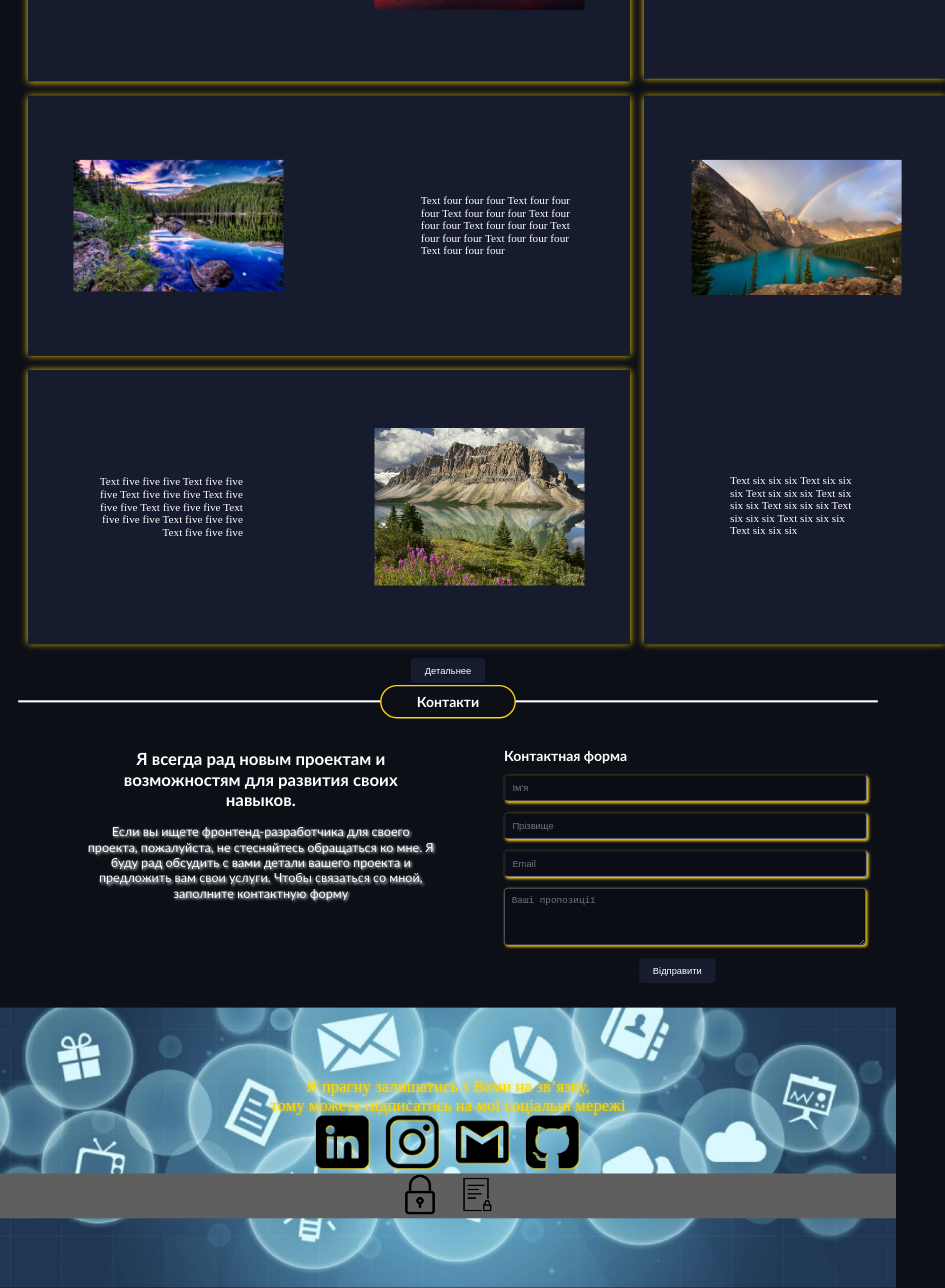
Repository: qtqqrdy13/cv-2
Page: index.html
These files come from the project's save history. The page is drawn as it stood at one moment and after the next save; the edit follows.
The browser window is 1280 px wide. The page is 1350 px wide, so the pictures cover 1350 px, including what lies to the right of the window. The pictures show the part of the page from y = 3628 to 5468 px (the page is 5468 px tall), at 70% of full size.

Above is the page before, as saved 2023-10-16 15:39:21.

After the next save:
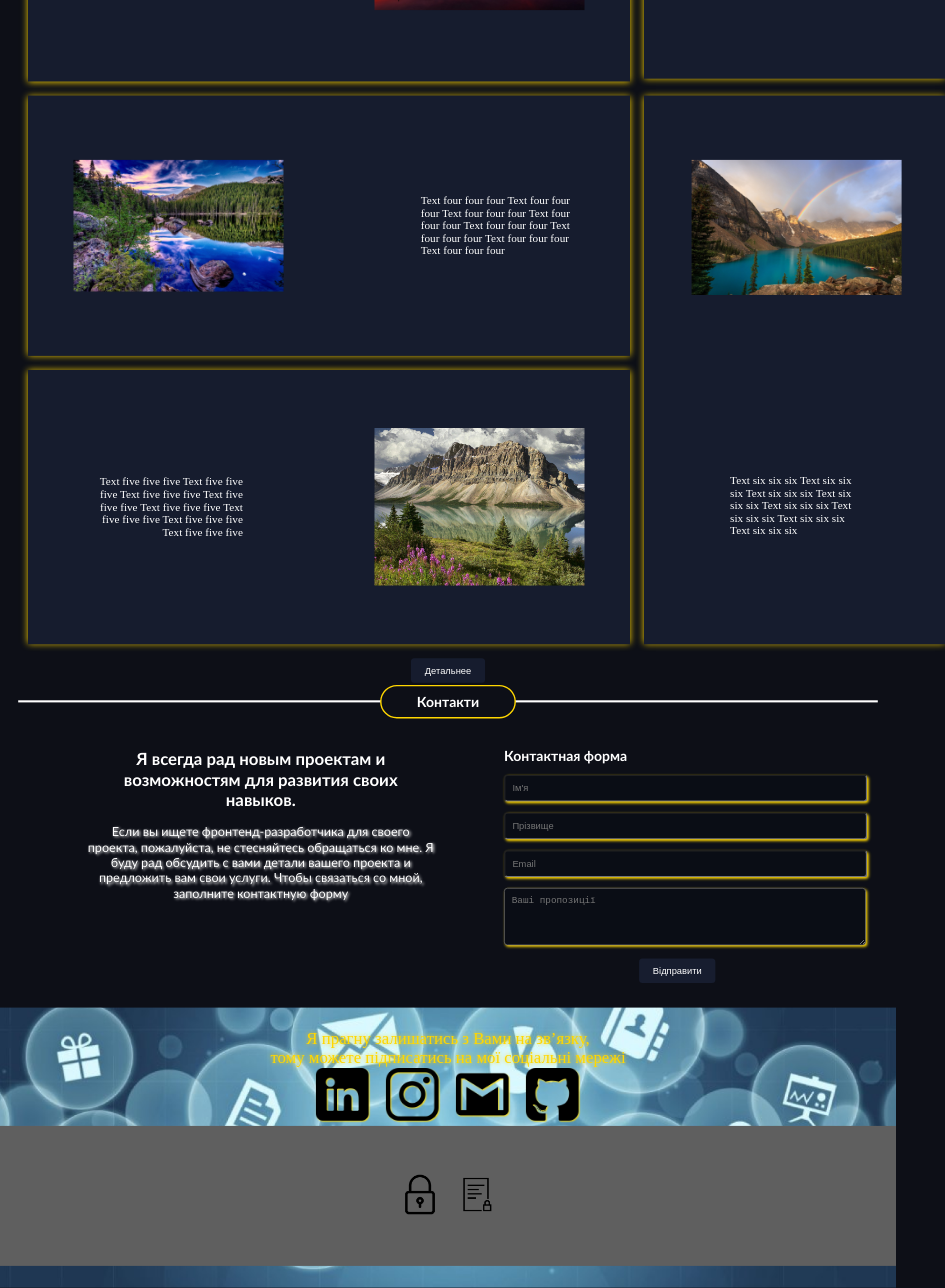
Saved 75 s later.
--- a/main.css
+++ b/main.css
@@ -791,7 +791,7 @@ footer {
     justify-content: center;
     align-items: center;
     width: 100%;
-    bottom:0;
+    height: 200px;
 }
 
 .aditional_icon{
